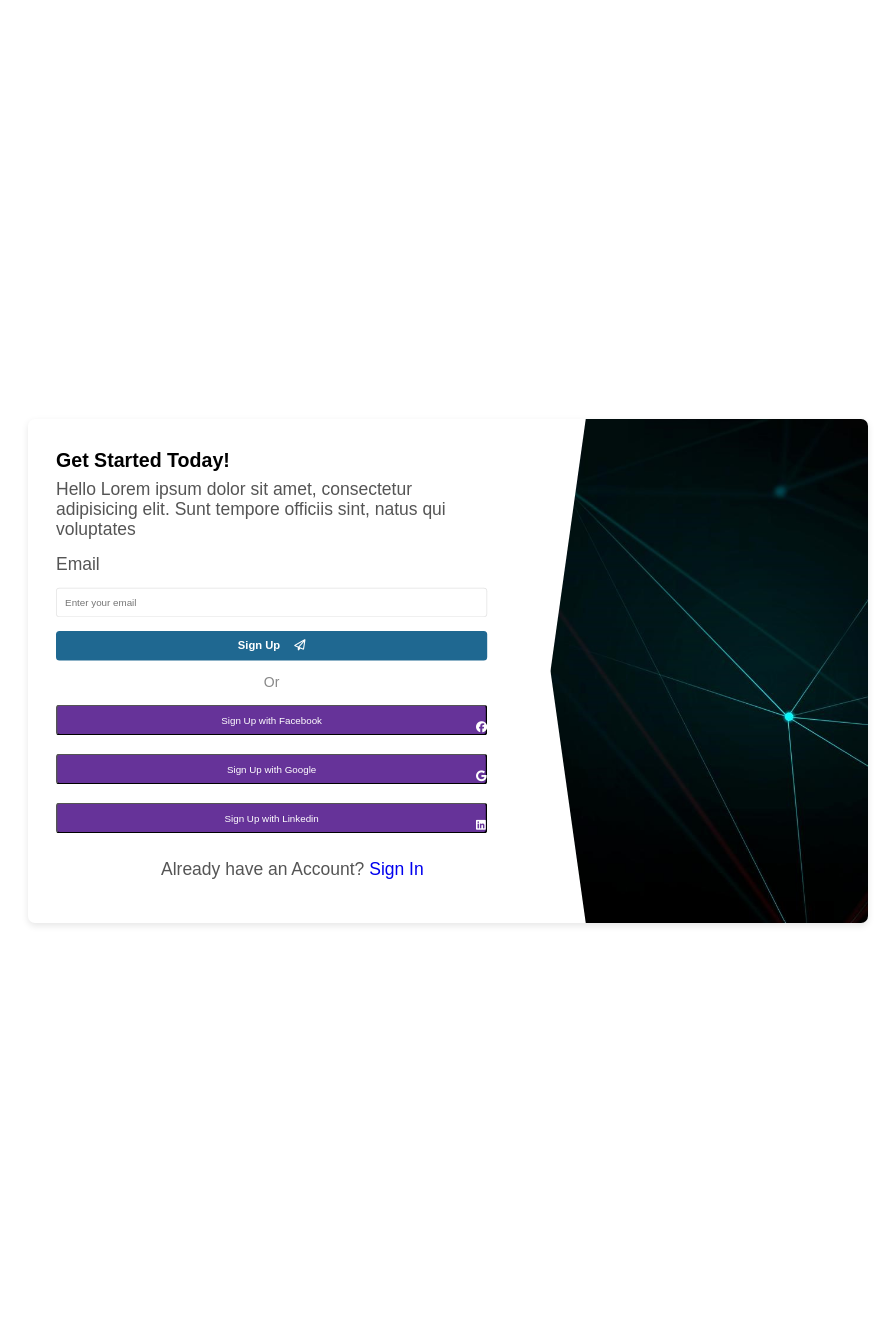
Repository: Femi007-gh/Login-V2
Page: index.html
These files come from the project's save history. The page is drawn as it stood at one moment and after the next save; the edit follows.
The browser window is 1280 px wide. The pictures show the part of the page from y = 1041 to 2961 px (the page is 4000 px tall), at 70% of full size.

Above is the page before, as saved 2025-01-27 15:45:33.

### index.html
<html>
    <head>
        <title>Login-interface</title>
  <link rel="stylesheet" href="style.css">
  <link rel="stylesheet" href="https://cdnjs.cloudflare.com/ajax/libs/font-awesome/6.5.0/css/all.min.css">
    </head>
    <body>
        <div class="container">
            <div class="left-session">
                <div class="form-container">
                    <h1>Get Started Today!</h1>
                    <p> Hello Lorem ipsum dolor sit amet, consectetur adipisicing elit. Sunt tempore officiis sint, natus qui voluptates </p>
                    <form>
                        <div class="input-group">
                            <p>Email</p>
                            <input type="email" id="email" placeholder="Enter your email" required>
                        </div>
                        <button class="primary-btn" type="submit">Sign Up<i class="fa-regular fa-paper-plane"></i></button>
                    </form>
                    <p class="divider">Or</p>
                    <div class="social-buttons">
                        <button class="social-btn facebook-btn">
                            Sign Up with Facebook
                        </button>
                        <i class="fa-brands fa-facebook"></i>
                        <button class="social-btn google-btn">
                            Sign Up with Google
                        </button>
                        <i class="fa-brands fa-google"></i>
                        <button class="social-btn Linkedin-btn">
                            Sign Up with Linkedin
                        </button>
                        <i class="fa-brands fa-linkedin"></i>
                    </div>
                    <p class="signin-text">Already have an Account? <a href="#">Sign In</a></p>
                </div>
            </div>
            <div class="right-section"></div>
        </div>
    </body>
</html>

### style.css
* {
   padding: 0;
   margin: 0;
   box-sizing: border-box;
}

body {
    font-family: sans-serif;
    background-color: #fff;
    display: flex;
    justify-content: center;
    align-items: center;
    height: 4000px;
}

.container {
  display: flex;
  max-width: 1200px;
  width: 100%;
  background-color: #fff;
  border-radius: 10px;
  overflow: hidden;
  box-shadow: 0 4px 10px rgba(0, 0, 0, 0.1);
  height:
}

.left-session {
  flex: 1;
  padding: 40px;
  display: flex;
  justify-content: center;
  align-items: center;
}

h1 {
  font-size: 28px;
  font-weight: bold;
  margin-bottom: 10px;
}

p {
  font-size: 14px;
  color: #555;
  margin-bottom: 20px;
}

.input-group {
  margin-bottom: 20px;
}

.input-group input {
  width: 100%;
  padding: 12px;
  font-size: 14px;
  border: 1px solid #dddd;
  border-radius: 5px;
}

.primary-btn {
  width: 100%;
  padding: 12px;
  background-color: #1F6891;
  color: white;
  border: none;
  border-radius: 5px;
  font-size: 16px;
  font-weight: bold;
  cursor: pointer;
}

.primary-btn:hover {
  background-color: #005a8c;
}

.divider {
  font-size: 20px;
  color: #888;
  margin: 20px 0;
  text-align: center;
}

.social-buttons {
  display: flex;
  flex-direction: column;
  gap: 10px;
}

.social-btn {
  width: 100%;
  padding: 12px;
  font-size: 14px;
  border-radius: 5px;
  color: white;
  display: flex;
  align-items: center;
  justify-content: center;
  background-color: rebeccapurple;
}

.signin-text {
  font-size: 15px;
  margin-top: 20px;
}

.signin-text a {
  text-decoration: none;
}

.right-section {
  flex: 1;
  background: url(ART.jpg) no-repeat center center/cover;
  clip-path: polygon(20% 0%, 100% 0%, 100% 100%, 20% 100%, 10% 50%);
  height: 100vh; /* Adjust height as needed */
}

.fa-brands {
  margin-left: 600px;
  margin-top: -30px;
  margin-bottom: 20px;
  color: white;
}

.fa-regular {
  margin-left: 20px;
}

p {
  font-size: 25px;
}

.signin-text {
  font-size: 25px;
  margin-left: 150px;
}

After the next save:
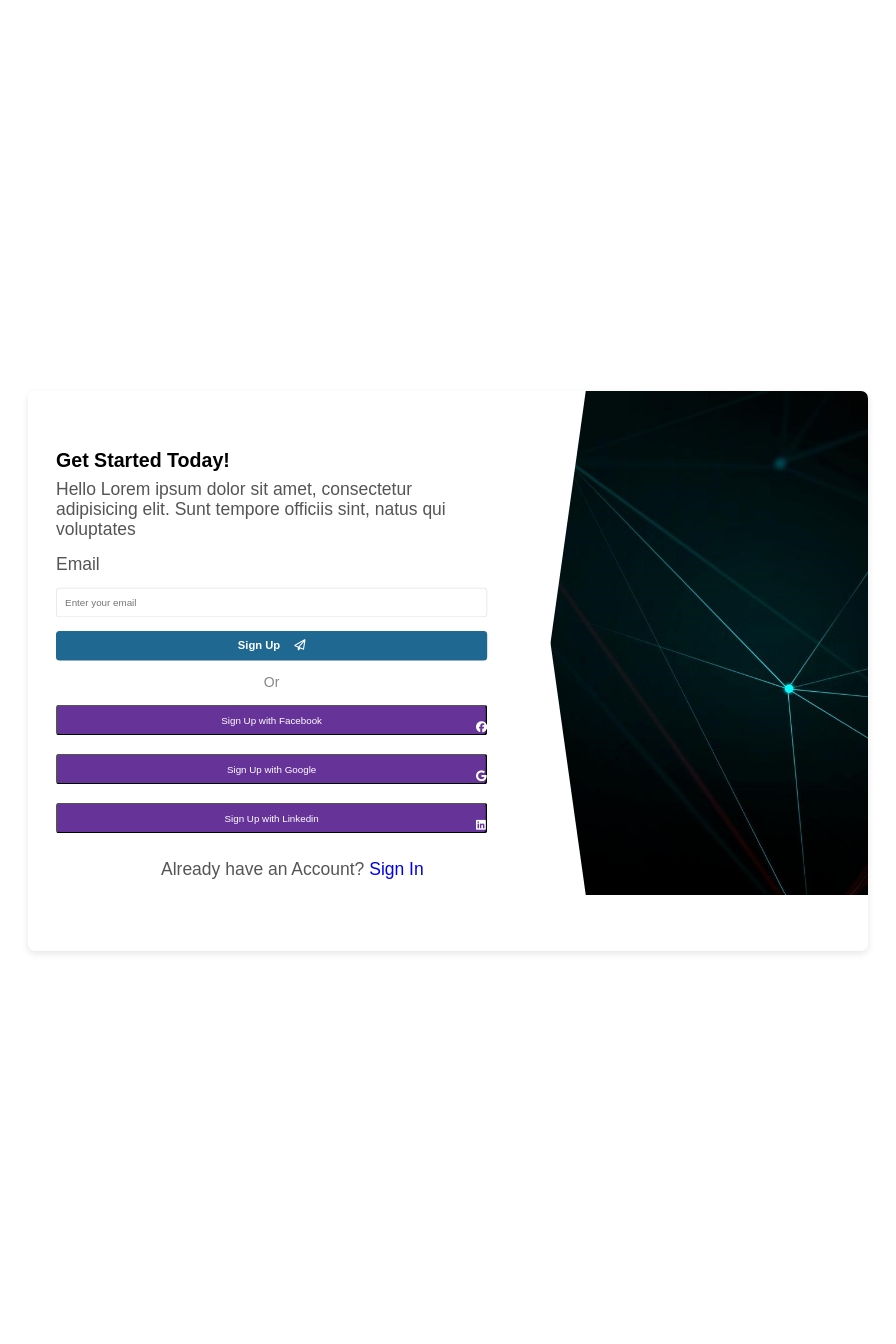
Saved 5 s later.
--- a/style.css
+++ b/style.css
@@ -21,7 +21,7 @@ body {
   border-radius: 10px;
   overflow: hidden;
   box-shadow: 0 4px 10px rgba(0, 0, 0, 0.1);
-  height:
+  height: 800px;
 }
 
 .left-session {
